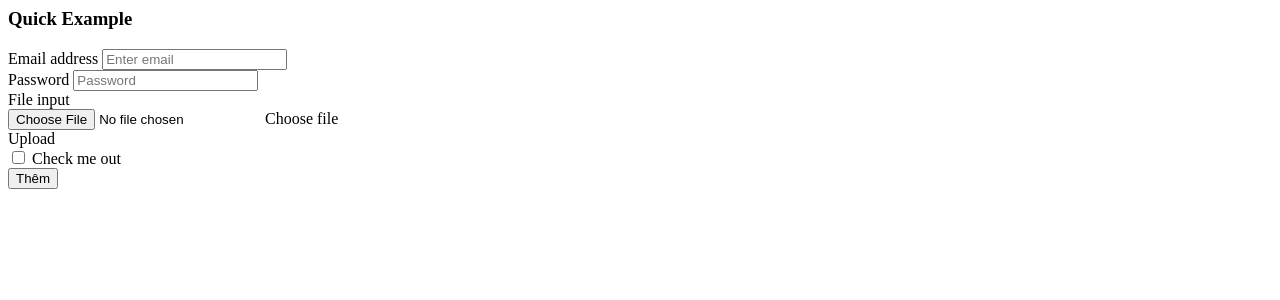
Repository: NguyenTranBaoKhanh/BKShop
Page: http://localhost/App/Views/admin/sanpham/create.php
These files come from the project's save history. The page is drawn as it stood at one moment and after the next save; the edit follows.
The browser window is 1280 px wide. The pictures show the whole page.
The page is run by PHP 8.4 with error messages shown; the project is at /var/www/html/.

Above is the page before, as saved 2021-10-31 14:43:17.

After the next save:
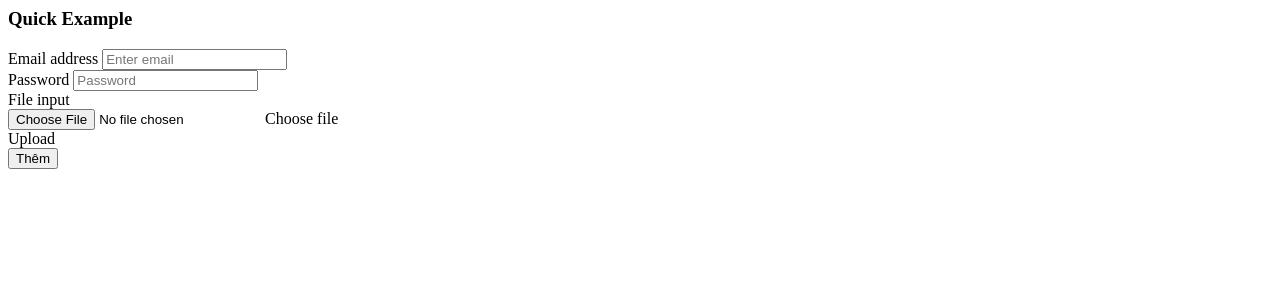
Saved 19 s later.
--- a/App/Views/admin/sanpham/create.php
+++ b/App/Views/admin/sanpham/create.php
@@ -26,10 +26,6 @@
           </div>
         </div>
       </div>
-      <div class="form-check">
-        <input type="checkbox" class="form-check-input" id="exampleCheck1">
-        <label class="form-check-label" for="exampleCheck1">Check me out</label>
-      </div>
     </div>
     <!-- /.card-body -->
 
